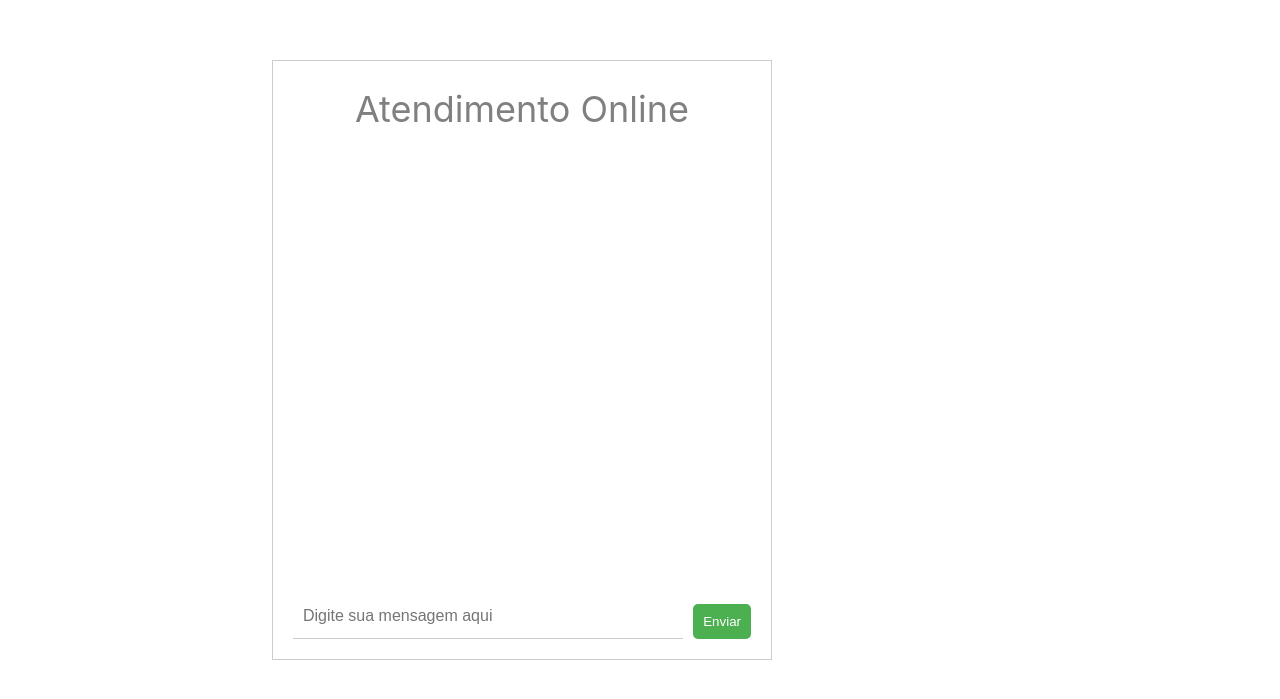
Repository: GabrielGuinzani/vueChat
Page: /
These files come from the project's save history. The page is drawn as it stood at one moment and after the next save; the edit follows.
The browser window is 1280 px wide. The pictures show the whole page.
Some web libraries are served in a nearby version. The project was rebuilt for these pictures with package versions that can differ from the ones it lists, and the page was loaded fresh each time. Also part of the build but not shown: vite.config.js.

Above is the page before, as saved 2023-04-18 21:13:17.

### index.html
<!-- <!DOCTYPE html>
<html lang="en">
  <head>
    <meta charset="UTF-8">
    <link rel="icon" href="/favicon.ico">
    <meta name="viewport" content="width=device-width, initial-scale=1.0">
    <title>Vite App</title>
  </head>
  <body>
    <div id="app"></div>
    <script type="module" src="/src/main.js"></script>
  </body>
</html> -->


<!-- <!DOCTYPE html>
<html lang="PT-BR">
<head>
  <meta charset="UTF-8">
  <title>Vue Chat App</title>
  <script src="https://unpkg.com/vue@3.2.6/dist/vue.global.js"></script>
</head>
<body>
  <div id="app">
    <chat></chat>
  </div>

  <script type="module" src="/src/main.js"></script>
</body>
</html> -->
<!DOCTYPE html>
<html lang="pt-br">
<head>
  <meta charset="UTF-8">
  <title>Vue Chat App</title>
  <script src="https://unpkg.com/vue@3.2.6/dist/vue.global.js"></script>
</head>
<body>
  <div id="app">
  </div>

  <script type="module" src="/src/main.js"></script>
</body>
</html>

### src/App.vue
<!-- <script setup>
import HelloWorld from './components/HelloWorld.vue'
import TheWelcome from './components/TheWelcome.vue'
</script>

<template>
  <header>
    <img alt="Vue logo" class="logo" src="./assets/logo.svg" width="125" height="125" />

    <div class="wrapper">
      <HelloWorld msg="You did it!" />
    </div>
  </header>

  <main>
    <TheWelcome />
  </main>
</template>

<style scoped>
header {
  line-height: 1.5;
}

.logo {
  display: block;
  margin: 0 auto 2rem;
}

@media (min-width: 1024px) {
  header {
    display: flex;
    place-items: center;
    padding-right: calc(var(--section-gap) / 2);
  }

  .logo {
    margin: 0 2rem 0 0;
  }

  header .wrapper {
    display: flex;
    place-items: flex-start;
    flex-wrap: wrap;
  }
}
</style> -->


<template>
  <div id="chat-screen">
    <div class="titulo">
      <h2>Atendimento Online</h2>
    </div>
    <div class="messages-list" ref="messagesList">
      <div v-for="(message, index) in messages" :key="index" :class="[message.type === 'user' ? 'message-item2' : 'message-item']">
        <div class="msg-user" v-if="message.type === 'user'"><strong>{{ message.author }} diz:</strong></div>
        <div class="msg-chat">{{ message.text }}</div>
      </div>
    </div>
    <form id="form-chat-send" @submit.prevent="sendMessage">
      <input id="message" type="text" class="typebar" v-model="messageText" placeholder="Digite sua mensagem aqui">
      <button type="submit" class="botao">Enviar</button>
    </form>
  </div>
</template>

<script>
export default {
  data() {
    return {
      messages: [],
      messageText: ''
    }
  },
  methods: {
    sendMessage() {
      const messageText = this.messageText.trim();
      if (messageText !== '') {
        this.messages.push({
          type: 'user',
          author: 'Você',
          text: messageText
        });
        this.messageText = '';
        this.$nextTick(() => {
          this.scrollToBottom();
        });
      }
    },
    scrollToBottom() {
      this.$refs.messagesList.scrollTop = this.$refs.messagesList.scrollHeight;
    }
  }
}
</script>

<style>
body {
  display: flex;
  justify-content: center;
  align-items: center;
  height: 100vh;
}

#app {
  width: 800px;
  height: 600px;
}

#chat-screen {
  width: 500px;
  height: 600px;
  margin: 0 auto;
  border: 1px solid #ccc;
  background-color: #fff;
  padding: 20px;
  display: flex;
  flex-direction: column;
}

.titulo {
  text-align: center;
  font-size: 24px;
  margin-bottom: 20px;
  color: gray;
}

.messages-list {
  flex: 1;
  overflow-y: auto;
}

.message-item {
  background-color: #f2f2f2;
  border-radius: 5px;
  padding: 10px;
  margin-bottom: 10px;
  color: gray;
}

.message-item2 {
  background-color: #e6f7ff;
  border-radius: 5px;
  padding: 10px;
  margin-bottom: 10px;
  color: gray;
}

.msg-user {
  margin-bottom: 5px;
  color: gray;
}

.msg-chat {
  color: gray;
}

.typebar {
  width: 100%;
  padding: 10px;
  border: none;
  border-bottom: 1px solid #ccc;
  margin-right: 10px;
  font-size: 16px;
  color: gray;
}

.botao {
  background-color: #4CAF50;
  color: #fff;
  border: none;
  border-radius: 5px;
  padding: 10px;
  margin-top: 10px;
  cursor: pointer;
}


  .botao:hover {
    background-color: #0061a7;
    cursor: pointer;
  }

  #form-chat-send {
    display: flex;
    justify-content: center;
    margin-top: 20px;
  }
</style>

Loaded but not shown: src/main.js (common file); src/assets/main.css (common file); src/assets/base.css (common file)

After the next save:
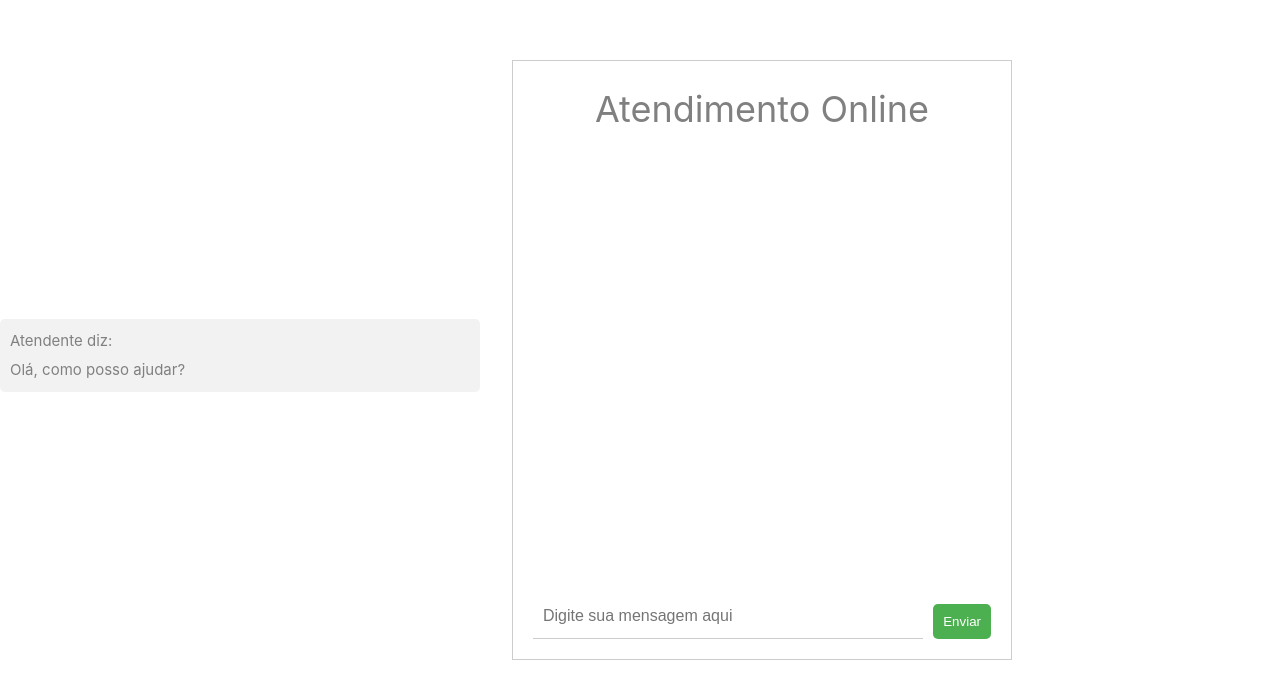
Saved 27 s later.
--- a/index.html
+++ b/index.html
@@ -36,6 +36,12 @@
   <script src="https://unpkg.com/vue@3.2.6/dist/vue.global.js"></script>
 </head>
 <body>
+  <div class="messages-list" id="conversa">
+    <div class="message-item">
+      <div class="msg-user"><strong>Atendente diz:</strong></div>
+      <div class="msg-chat">Olá, como posso ajudar?</div>
+    </div>
+  </div>
   <div id="app">
   </div>
 
